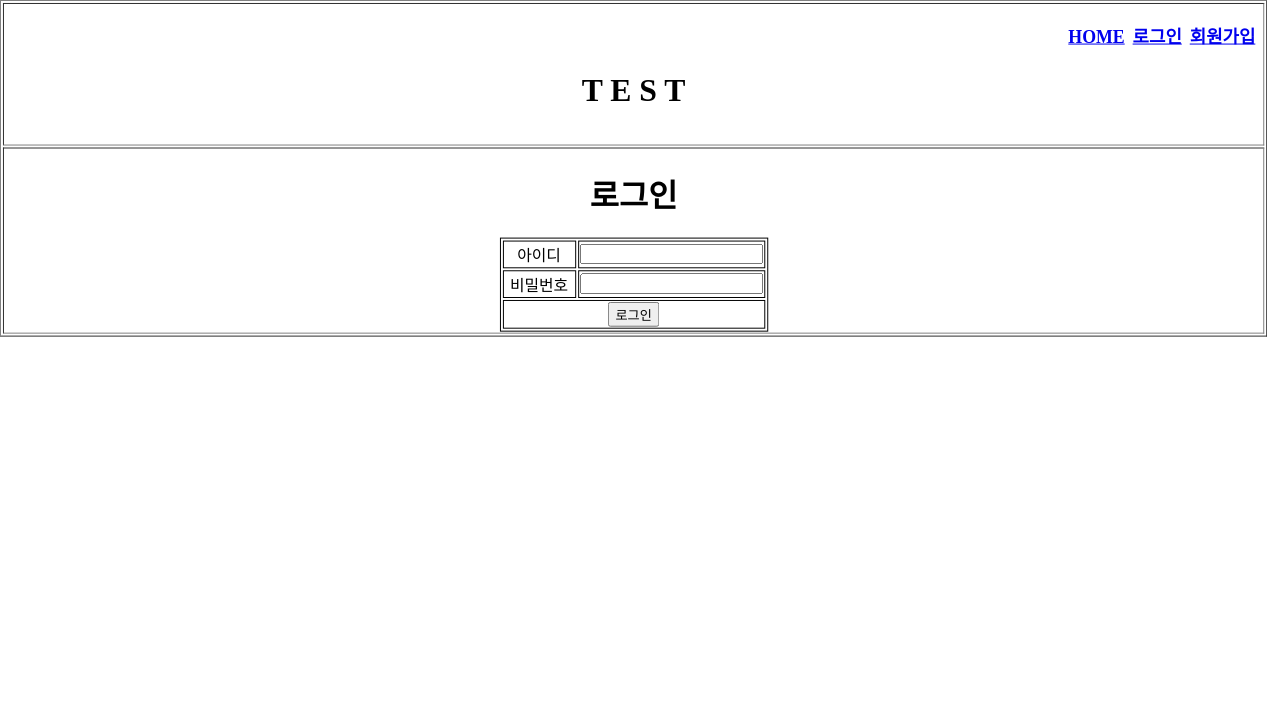
Repository: CHANGMAN-LEE/Java_ee
Page: http://localhost/test/test/indexLogin.jsp
These files come from the project's save history. The page is drawn as it stood at one moment and after the next save; the edit follows.
The browser window is 1280 px wide. The pictures show the whole page, at 99% of full size.
The page is served by Tomcat 9.

Above is the page before, as saved 2020-07-09 07:01:32.

After the next save:
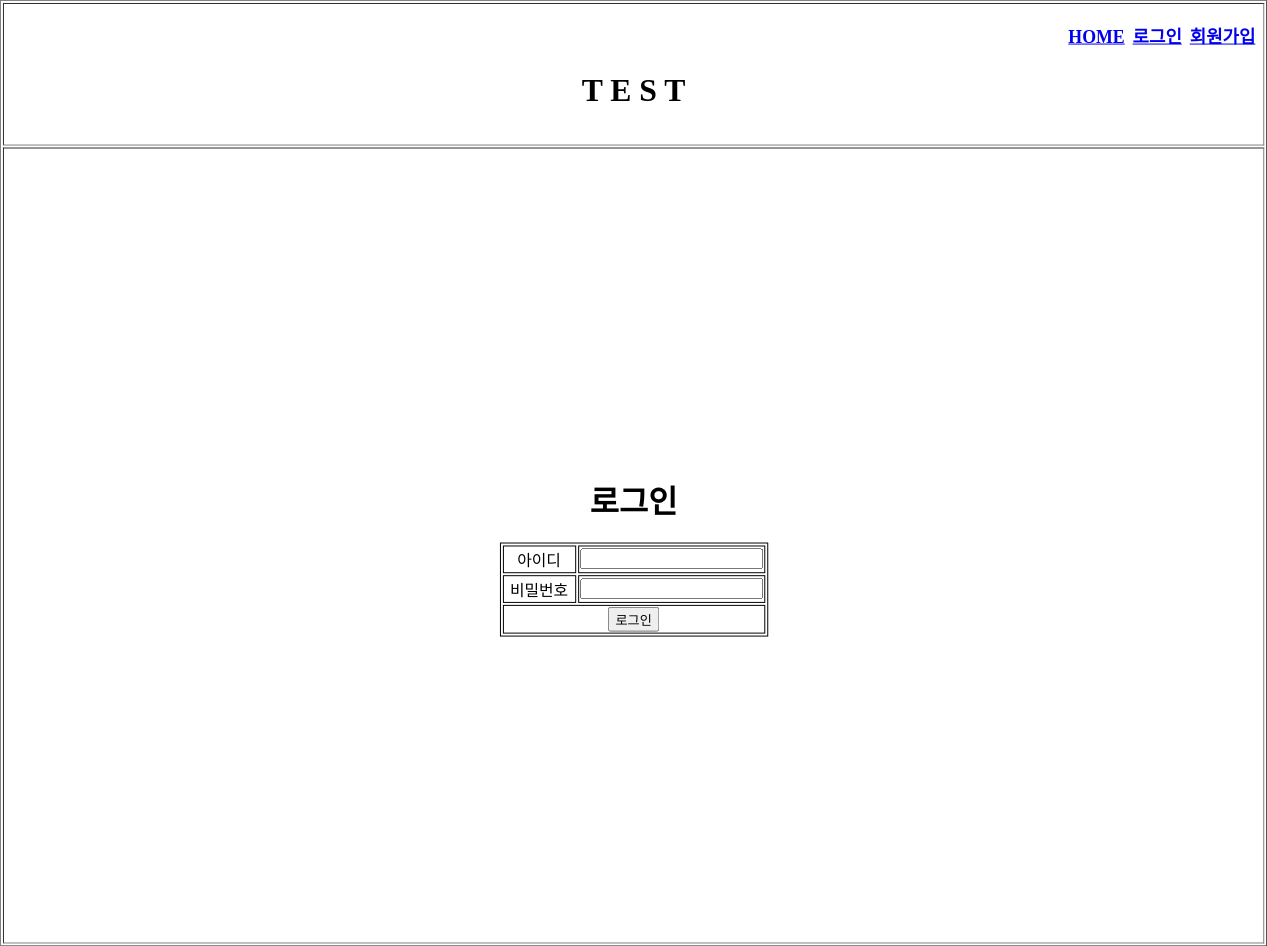
Saved 82 s later.
--- a/workspace/test/WebContent/test/indexLogin.jsp
+++ b/workspace/test/WebContent/test/indexLogin.jsp
@@ -14,7 +14,7 @@
 	</tr>
 
 	<tr>
-		<td align="center"><jsp:include page="../template/login.jsp"></jsp:include></td>
+		<td height="800" align="center"><jsp:include page="../template/login.jsp"></jsp:include></td>
 	</tr>
 </table>
 </body>
